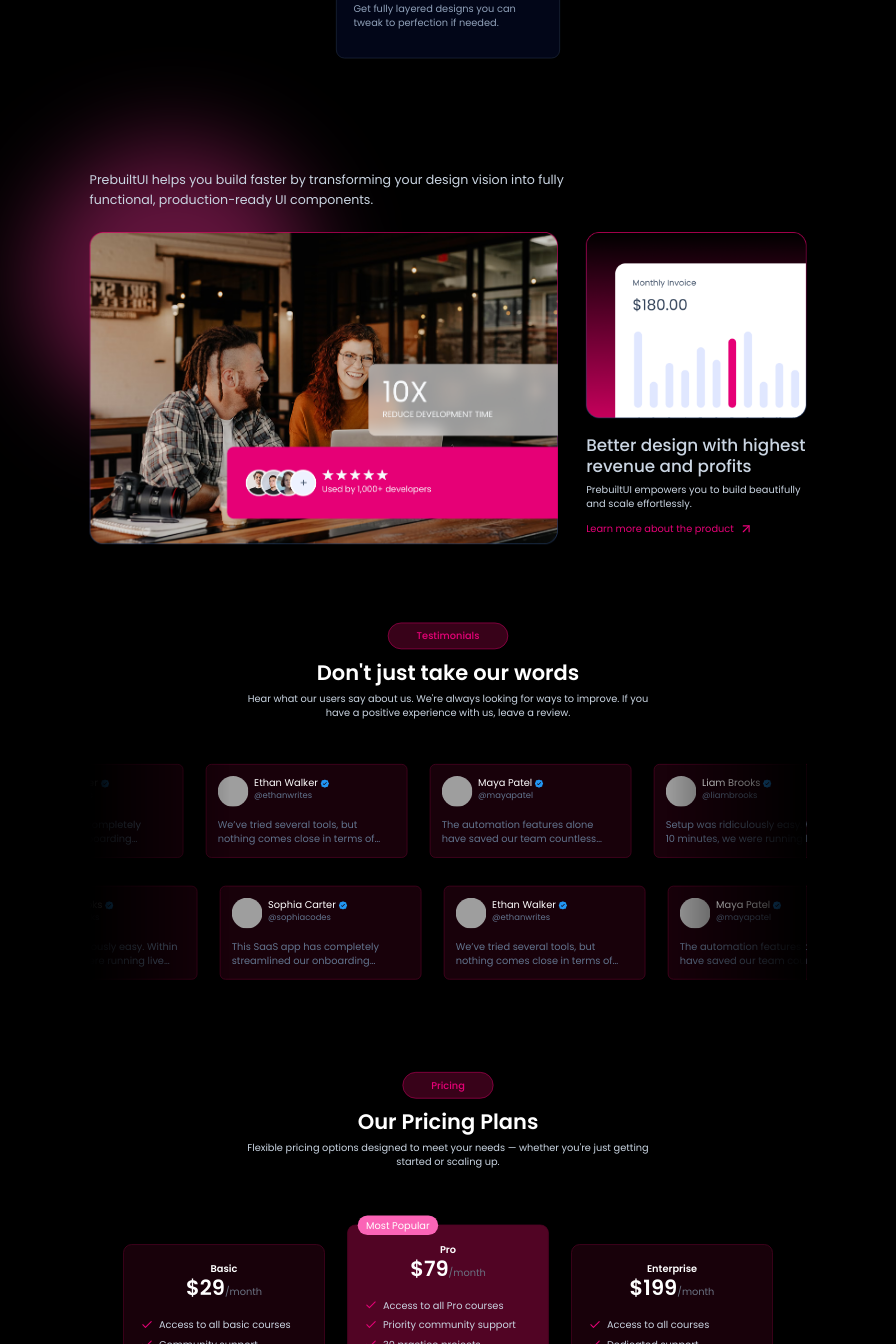
Repository: abhiraj33181/Thumblify
Page: / (app in client/)
These files come from the project's save history. The page is drawn as it stood at one moment and after the next save; the edit follows.
The browser window is 1280 px wide. The pictures show the part of the page from y = 1848 to 3768 px (the page is 5450 px tall before and 5422 px after), at 70% of full size.
Pictures or frames that could not be fetched are drawn as grey boxes. The project was rebuilt for these pictures with package versions that can differ from the ones it lists, and the page was loaded fresh each time. Also part of the build but not shown: client/vite.config.ts.

Above is the page before, as saved 2026-01-08 09:40:37.

### client/index.html
<!doctype html>
<html lang="en">

<head>
    <meta charset="UTF-8" />
    <link rel="icon" href="/favicon.svg" type="image/x-icon" />
    <meta name="viewport" content="width=device-width, initial-scale=1.0" />
    <title>Thumblify - AI Thumbnail Generator</title>
</head>

<body>
    <div id="root"></div>
    <script type="module" src="/src/main.jsx"></script>
</body>

</html>

### client/src/main.tsx
import { createRoot } from 'react-dom/client'
import App from './App.js'
import { BrowserRouter } from 'react-router-dom'

createRoot(document.getElementById('root')!).render(
    <BrowserRouter>
        <App />
    </BrowserRouter>,
)

### client/src/App.tsx
import { Route, Routes } from "react-router-dom";
import HomePage from "./pages/HomePage";
import Navbar from "./components/Navbar";
import Footer from "./components/Footer";
import "./globals.css";
import LenisScroll from "./components/LenisScroll";

export default function App() {
    return (
        <>
            <LenisScroll />
            <Navbar />
            <Routes>
                <Route path="/" element={<HomePage />} />
            </Routes>
            <Footer />
        </>
    );
}

### client/src/pages/HomePage.tsx
import HeroSection from "../sections/HeroSection";
import FeaturesSection from "../sections/FeaturesSection";
import TestimonialSection from "../sections/TestimonialSection";
import PricingSection from "../sections/PricingSection";
import ContactSection from "../sections/ContactSection";
import CTASection from "../sections/CTASection";

export default function HomePage() {
    return (
        <>
            <HeroSection />
            <FeaturesSection />
            <TestimonialSection />
            <PricingSection />
            <ContactSection />
            <CTASection />
        </>
    );
}

### client/src/globals.css
@import url('https://fonts.googleapis.com/css2?family=Poppins:ital,wght@0,100;0,200;0,300;0,400;0,500;0,600;0,700;0,800;0,900;1,100;1,200;1,300;1,400;1,500;1,600;1,700;1,800;1,900&display=swap');
@import "tailwindcss";

@theme {
    --font-poppins: "Poppins", sans-serif;
}

body {
    @apply bg-black text-white text-sm antialiased font-poppins;
}

body::selection {
    @apply bg-pink-600 text-white;
}

button {
    @apply cursor-pointer;
}

.move-gradient {
    background-image: linear-gradient(to right, var(--color-pink-500), var(--color-pink-300));
    background-size: 200% 100%;
    animation: movegradient 5s infinite;
}

@keyframes movegradient {
    0% {
        background-position: 0% 50%;
    }
    50% {
        background-position: 100% 50%;
    }
    100% {
        background-position: 0% 50%;
    }
}

### client/src/components/LenisScroll.tsx
import { useEffect } from "react";
import Lenis from "lenis";

export default function LenisScroll() {
    useEffect(() => {
        const lenis = new Lenis({
            duration: 1.2,
            smoothWheel: true,
            anchors: {
                offset: -100,
            },
        });

        const raf = (time: number) => {
            lenis.raf(time);
            requestAnimationFrame(raf);
        };

        requestAnimationFrame(raf);

        return () => {
            lenis.destroy();
        };
    }, []);

    return null;
}

### client/src/sections/FeaturesSection.tsx
'use client'
import SectionTitle from "../components/SectionTitle";
import { ArrowUpRight } from "lucide-react";
import { motion } from "motion/react";
import { featuresData } from "../data/features";
import type { IFeature } from "../types";

export default function FeaturesSection() {
    return (
        <div id="features" className="px-4 md:px-16 lg:px-24 xl:px-32">
            <SectionTitle text1="Features" text2="Whyy use our generator?" text3="Create stunning thumbnails that get clicks, without the hassle." />
            <div className="flex flex-wrap items-center justify-center gap-6 md:gap-4 mt-16 px-6">
                {featuresData.map((feature: IFeature, index: number) => (
                    <motion.div key={index} className={`${index === 1 ? 'p-px rounded-[13px] bg-linear-to-br from-pink-600 to-slate-800' : ''}`}
                        initial={{ y: 150, opacity: 0 }}
                        whileInView={{ y: 0, opacity: 1 }}
                        viewport={{ once: true }}
                        transition={{ delay: index * 0.15, type: "spring", stiffness: 320, damping: 70, mass: 1 }}
                    >
                        <div className="p-6 rounded-xl space-y-4 border border-slate-800 bg-slate-950 max-w-80 w-full">
                            <img src={feature.icon} alt={feature.title} />
                            <h3 className="text-base font-medium text-white">
                                {feature.title}
                            </h3>
                            <p className="text-slate-400 line-clamp-2 pb-4">
                                {feature.description}
                            </p>
                        </div>
                    </motion.div>
                ))}
            </div>
            <div className="mt-40 relative mx-auto max-w-5xl">
                <div className="absolute -z-50 size-100 -top-10 -left-20 aspect-square rounded-full bg-pink-500/40 blur-3xl"></div>
                <motion.p className="text-slate-300 text-lg text-left max-w-3xl"
                    initial={{ y: 150, opacity: 0 }}
                    whileInView={{ y: 0, opacity: 1 }}
                    viewport={{ once: true }}
                    transition={{ type: "spring", stiffness: 320, damping: 70, mass: 1 }}
                >
                    PrebuiltUI helps you build faster by transforming your design vision into fully functional, production-ready UI components.
                </motion.p>
                <div className="grid grid-cols-1 md:grid-cols-3 mt-8 gap-10">
                    <motion.div className="md:col-span-2"
                        initial={{ y: 150, opacity: 0 }}
                        whileInView={{ y: 0, opacity: 1 }}
                        viewport={{ once: true }}
                        transition={{ type: "spring", stiffness: 240, damping: 70, mass: 1 }}
                    >
                        <img className="h-full w-auto" src="/assets/features-showcase-1.png" alt="features showcase" width={1000} height={500} />
                    </motion.div>
                    <motion.div className="md:col-span-1"
                        initial={{ y: 150, opacity: 0 }}
                        whileInView={{ y: 0, opacity: 1 }}
                        viewport={{ once: true }}
                        transition={{ delay: 0.15, type: "spring", stiffness: 320, damping: 70, mass: 1 }}
                    >
                        <img src="/assets/features-showcase-2.png" alt="features showcase" width={1000} height={500} className="hover:-translate-y-0.5 transition duration-300" />
                        <h3 className="text-[24px]/7.5 text-slate-300 font-medium mt-6">Better design with highest revenue and profits </h3>
                        <p className="text-slate-300 mt-2">PrebuiltUI empowers you to build beautifully and scale effortlessly.</p>
                        <a href="https://prebuiltui.com" className="group flex items-center gap-2 mt-4 text-pink-600 hover:text-pink-700 transition">
                            Learn more about the product
                            <ArrowUpRight className="size-5 group-hover:translate-x-0.5 transition duration-300" />
                        </a>
                    </motion.div>
                </div>
            </div>
        </div>
    );
}

### client/src/sections/TestimonialSection.tsx
import SectionTitle from "../components/SectionTitle";
import TestimonialCard from "../components/TestimonialCard";
import { testimonialsData } from "../data/testimonial";
import type { ITestimonial } from "../types";
import Marquee from "react-fast-marquee";

export default function TestimonialSection() {
    return (
        <div id="testimonials" className="px-4 md:px-16 lg:px-24 xl:px-32">
            <SectionTitle text1="Testimonials" text2="Don't just take our words" text3="Hear what our users say about us. We're always looking for ways to improve. If you have a positive experience with us, leave a review." />

            <Marquee className="max-w-5xl mx-auto mt-11" gradient={true} speed={25} gradientColor="#000">
                <div className="flex items-center justify-center py-5 overflow-hidden">
                    {[...testimonialsData, ...testimonialsData].map((testimonial: ITestimonial, index: number) => (
                        <TestimonialCard key={index} index={index} testimonial={testimonial} />
                    ))}
                </div>
            </Marquee>
            <Marquee className="max-w-5xl mx-auto" gradient={true} speed={25} direction="right" gradientColor="#000">
                <div className="flex items-center justify-center py-5 overflow-hidden">
                    {[...testimonialsData, ...testimonialsData].map((testimonial: ITestimonial, index: number) => (
                        <TestimonialCard key={index} index={index} testimonial={testimonial} />
                    ))}
                </div>
            </Marquee>

        </div>
    );
}

### client/src/sections/PricingSection.tsx
'use client'
import SectionTitle from "../components/SectionTitle"
import { pricingData } from "../data/pricing";
import type { IPricing } from "../types";
import { CheckIcon } from "lucide-react";
import { motion } from "motion/react";

export default function PricingSection() {
    return (
        <div id="pricing" className="px-4 md:px-16 lg:px-24 xl:px-32">
            <SectionTitle text1="Pricing" text2="Our Pricing Plans" text3="Flexible pricing options designed to meet your needs — whether you're just getting started or scaling up." />

            <div className="flex flex-wrap items-center justify-center gap-8 mt-20">
                {pricingData.map((plan: IPricing, index: number) => (
                    <motion.div key={index} className={`w-72 text-center border border-pink-950 p-6 pb-16 rounded-xl ${plan.mostPopular ? 'bg-pink-950 relative' : 'bg-pink-950/30'}`}
                        initial={{ y: 150, opacity: 0 }}
                        whileInView={{ y: 0, opacity: 1 }}
                        viewport={{ once: true }}
                        transition={{ delay: index * 0.15, type: "spring", stiffness: 320, damping: 70, mass: 1 }}
                    >
                        {plan.mostPopular && (
                            <p className="absolute px-3 text-sm -top-3.5 left-3.5 py-1 bg-pink-400 rounded-full">Most Popular</p>
                        )}
                        <p className="font-semibold">{plan.name}</p>
                        <h1 className="text-3xl font-semibold">${plan.price}<span className="text-gray-500 font-normal text-sm">/{plan.period}</span></h1>
                        <ul className="list-none text-slate-300 mt-6 space-y-2">
                            {plan.features.map((feature, index) => (
                                <li key={index} className="flex items-center gap-2">
                                    <CheckIcon className="size-4.5 text-pink-600" />
                                    <p>{feature}</p>
                                </li>
                            ))}
                        </ul>
                        <button type="button" className={`w-full py-2.5 rounded-md font-medium mt-7 transition-all ${plan.mostPopular ? 'bg-white text-pink-600 hover:bg-slate-200' : 'bg-pink-500 hover:bg-pink-600'}`}>
                            Get Started
                        </button>
                    </motion.div>
                ))}
            </div>
        </div>
    );
}

### client/src/sections/CTASection.tsx
'use client'
import { motion } from "motion/react";

export default function CTASection() {
    return (
        <motion.div className="max-w-5xl py-16 mt-40 md:pl-20 md:w-full max-md:mx-4 md:mx-auto flex flex-col md:flex-row max-md:gap-6 items-center justify-between text-left bg-linear-to-b from-pink-900 to-pink-950 rounded-2xl p-6 text-white"
            initial={{ y: 150, opacity: 0 }}
            whileInView={{ y: 0, opacity: 1 }}
            viewport={{ once: true }}
            transition={{ type: "spring", stiffness: 320, damping: 70, mass: 1 }}
        >
            <div>
                <motion.h1 className="text-4xl md:text-[46px] md:leading-15 font-semibold bg-linear-to-r from-white to-pink-400 text-transparent bg-clip-text"
                    initial={{ y: 80, opacity: 0 }}
                    whileInView={{ y: 0, opacity: 1 }}
                    viewport={{ once: true }}
                    transition={{ type: "spring", stiffness: 280, damping: 70, mass: 1 }}
                >
                    Ready to try-out this app?
                </motion.h1>
                <motion.p className="bg-linear-to-r from-white to-pink-400 text-transparent bg-clip-text text-lg"
                    initial={{ y: 80, opacity: 0 }}
                    whileInView={{ y: 0, opacity: 1 }}
                    viewport={{ once: true }}
                    transition={{ type: "spring", stiffness: 200, damping: 70, mass: 1 }}
                >
                    Your next favourite tool is just one click away.
                </motion.p>
            </div>
            <motion.button className="px-12 py-3 text-slate-800 bg-white hover:bg-slate-200 rounded-full text-sm mt-4"
                initial={{ y: 80, opacity: 0 }}
                whileInView={{ y: 0, opacity: 1 }}
                viewport={{ once: true }}
                transition={{ type: "spring", stiffness: 280, damping: 70, mass: 1 }}
            >
                Get Started
            </motion.button>
        </motion.div>
    );
}

### client/src/data/footer.ts
import type { IFooter } from "../types";

export const footerData: IFooter[] = [
    {
        title: "Product",
        links: [
            { name: "Home", href: "#" },
            { name: "Support", href: "#support" },
            { name: "Pricing", href: "#pricing" },
            { name: "Affiliate", href: "#affiliate" },
        ]
    },
    {
        title: "Resources",
        links: [
            { name: "Company", href: "#company" },
            { name: "Blogs", href: "#blogs" },
            { name: "Community", href: "#community" },
            { name: "Careers", href: "#careers" },
            { name: "About", href: "#about" },
        ]
    },
    {
        title: "Legal",
        links: [
            { name: "Privacy", href: "#privacy" },
            { name: "Terms", href: "#terms" },
        ]
    }
];

### client/src/components/TiltImage.tsx
import { useRef, useState } from 'react';
import { motion, useMotionValue, useSpring } from 'motion/react';

const springValues = {
    damping: 30,
    stiffness: 100,
    mass: 2
};

export default function TiltedImage({ rotateAmplitude = 3, }) {
    const ref = useRef<HTMLDivElement>(null);
    const x = useMotionValue(0);
    const y = useMotionValue(0);
    const rotateX = useSpring(useMotionValue(0), springValues);
    const rotateY = useSpring(useMotionValue(0), springValues);
    const rotateFigcaption = useSpring(0, { stiffness: 350, damping: 30, mass: 1 });

    const [lastY, setLastY] = useState(0);

    function handleMouse(e: any) {
        if (!ref.current) return;

        const rect = ref.current.getBoundingClientRect();
        const offsetX = e.clientX - rect.left - rect.width / 2;
        const offsetY = e.clientY - rect.top - rect.height / 2;

        const rotationX = (offsetY / (rect.height / 2)) * -rotateAmplitude;
        const rotationY = (offsetX / (rect.width / 2)) * rotateAmplitude;

        rotateX.set(rotationX);
        rotateY.set(rotationY);

        x.set(e.clientX - rect.left);
        y.set(e.clientY - rect.top);

        const velocityY = offsetY - lastY;
        rotateFigcaption.set(-velocityY * 0.6);
        setLastY(offsetY);
    }

    function handleMouseLeave() {
        rotateX.set(0);
        rotateY.set(0);
        rotateFigcaption.set(0);
    }

    return (
        <motion.figure ref={ref} className="relative w-full h-full perspective-midrange mt-16 max-w-4xl mx-auto flex flex-col items-center justify-center" onMouseMove={handleMouse} onMouseLeave={handleMouseLeave}
            initial={{ y: 150, opacity: 0 }}
            whileInView={{ y: 0, opacity: 1 }}
            viewport={{ once: true }}
            transition={{ type: "spring", stiffness: 320, damping: 70, mass: 1 }}
        >
            <motion.div className="relative transform-3d w-full max-w-4xl" style={{ rotateX, rotateY }} >
                <motion.img src="/hero_img.png"
                    className="borderb bg-linear-180 from-pink-500 to transparent p-1 w-full rounded-[15px] will-change-transform transform-[translateZ(0)]"
                    alt="hero section showcase"
                />
            </motion.div>
        </motion.figure>
    );
}

### client/src/components/SectionTitle.tsx
import type { SectionTitleProps } from "../types";
import { motion } from "motion/react";

export default function SectionTitle({ text1, text2, text3 }: SectionTitleProps) {
    return (
        <>
            <motion.p className="text-center font-medium text-pink-600 mt-28 px-10 py-2 rounded-full bg-pink-950/70 border border-pink-800 w-max mx-auto"
                initial={{ y: 120, opacity: 0 }}
                whileInView={{ y: 0, opacity: 1 }}
                viewport={{ once: true }}
                transition={{ type: "spring", stiffness: 320, damping: 70, mass: 1 }}
            >
                {text1}
            </motion.p>
            <motion.h3 className="text-3xl font-semibold text-center mx-auto mt-4"
                initial={{ y: 120, opacity: 0 }}
                whileInView={{ y: 0, opacity: 1 }}
                viewport={{ once: true }}
                transition={{ type: "spring", stiffness: 280, damping: 70, mass: 1 }}
            >
                {text2}
            </motion.h3>
            <motion.p className="text-slate-300 text-center mt-2 max-w-xl mx-auto"
                initial={{ y: 120, opacity: 0 }}
                whileInView={{ y: 0, opacity: 1 }}
                viewport={{ once: true }}
                transition={{ type: "spring", stiffness: 240, damping: 70, mass: 1 }}
            >
                {text3}
            </motion.p>
        </>
    );
}

### client/src/data/features.tsx
import type { IFeature } from "../types";

export const featuresData: IFeature[] = [
    {
        icon: "/assets/zap-icon.svg",
        title: "Smart Analysis",
        description: "Our AI analyzes video content to suggest the most clickable concepts.",
    },
    {
        icon: "/assets/thumb-icon.svg",
        title: "Eye-Catching Designs",
        description: "Generate vibrant, high-contrast thumbnails that stand out in the feed.",
    },
    {
        icon: "/assets/shape-icon.svg",
        title: "Fully Editable",
        description: "Get fully layered designs you can tweak to perfection if needed.",
    },
];

### client/src/data/testimonial.ts
import type { ITestimonial } from "../types";

export const testimonialsData: ITestimonial[] = [
    {
        image: 'https://images.unsplash.com/photo-1633332755192-727a05c4013d?q=80&w=200',
        name: 'Sophia Carter',
        handle: '@sophiacodes',
        date: 'February 14, 2025',
        quote: 'This SaaS app has completely streamlined our onboarding process. What used to take hours now takes minutes!',
    },
    {
        image: 'https://images.unsplash.com/photo-1535713875002-d1d0cf377fde?q=80&w=200',
        name: 'Ethan Walker',
        handle: '@ethanwrites',
        date: 'March 3, 2025',
        quote: 'We’ve tried several tools, but nothing comes close in terms of speed and simplicity. Absolute game-changer.',
    },
    {
        image: 'https://images.unsplash.com/photo-1527980965255-d3b416303d12?w=200&auto=format&fit=crop&q=60',
        name: 'Maya Patel',
        handle: '@mayapatel',
        date: 'April 22, 2025',
        quote: 'The automation features alone have saved our team countless hours every week. Worth every penny.',
    },
    {
        image: 'https://images.unsplash.com/photo-1522075469751-3a6694fb2f61?w=200&auto=format&fit=crop&q=60',
        name: 'Liam Brooks',
        handle: '@liambrooks',
        date: 'May 18, 2025',
        quote: 'Setup was ridiculously easy. Within 10 minutes, we were running live and onboarding our first customers.',
    },
];

### client/src/data/pricing.ts
import type { IPricing } from "../types";

export const pricingData: IPricing[] = [
    {
        name: "Basic",
        price: 29,
        period: "month",
        features: [
            "Access to all basic courses",
            "Community support",
            "10 practice projects",
            "Course completion certificate",
            "Basic code review"
        ],
        mostPopular: false
    },
    {
        name: "Pro",
        price: 79,
        period: "month",
        features: [
            "Access to all Pro courses",
            "Priority community support",
            "30 practice projects",
            "Course completion certificate",
            "Advance code review",
            "1-on-1 mentoring sessions",
            "Job assistance"
        ],
        mostPopular: true
    },
    {
        name: "Enterprise",
        price: 199,
        period: "month",
        features: [
            "Access to all courses",
            "Dedicated support",
            "Unlimited projects",
            "Course completion certificate",
            "Premium code review"
        ],
        mostPopular: false
    }
];

Loaded but not shown: client/src/sections/HeroSection.tsx (79 lines, source omitted); client/src/components/Footer.tsx (59 lines, source omitted); client/src/sections/ContactSection.tsx (59 lines, source omitted); client/src/components/Navbar.tsx (52 lines, source omitted); client/src/components/TestimonialCard.tsx (29 lines, source omitted)

After the next save:
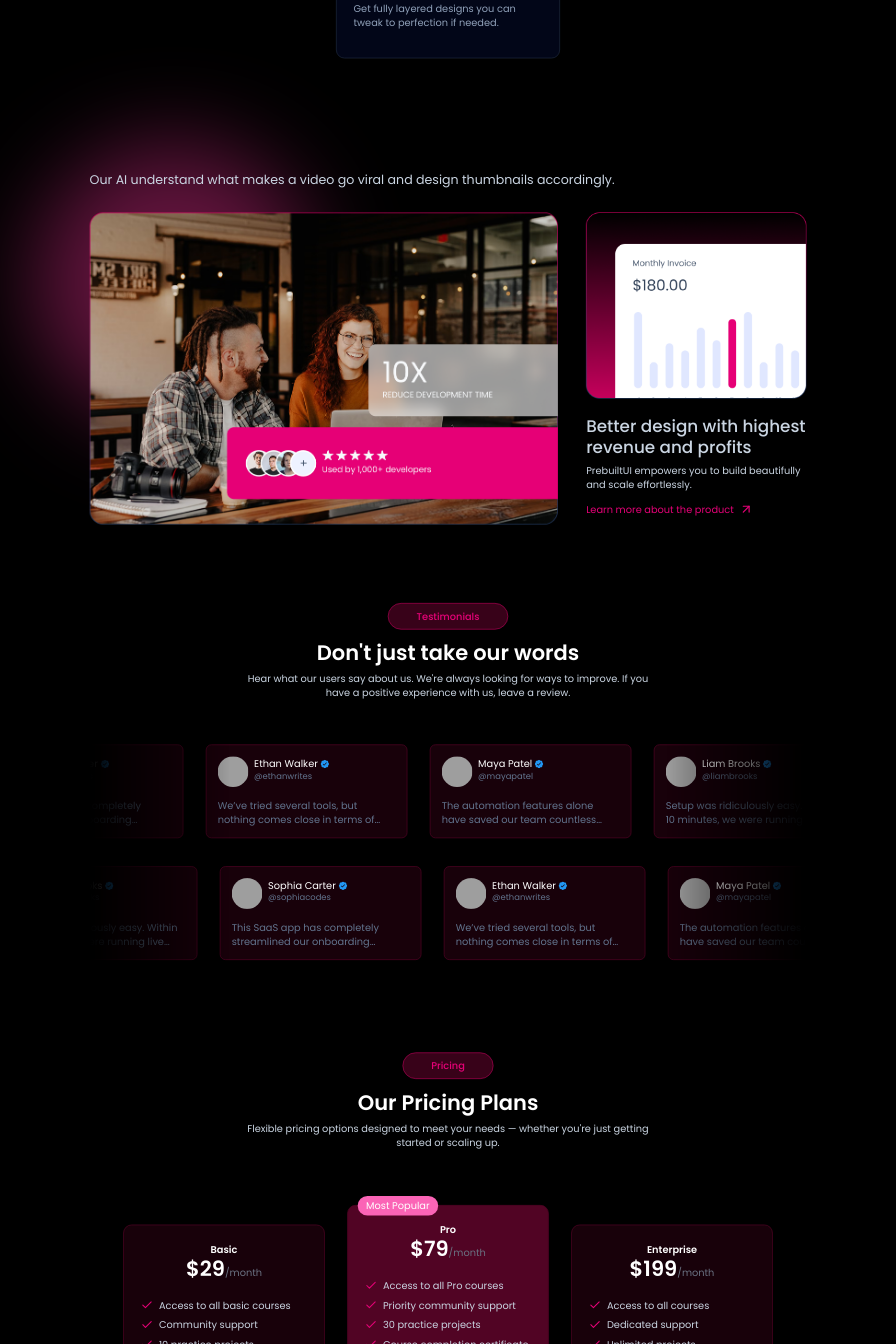
Saved 54 s later.
--- a/client/src/sections/FeaturesSection.tsx
+++ b/client/src/sections/FeaturesSection.tsx
@@ -37,7 +37,7 @@
                     viewport={{ once: true }}
                     transition={{ type: "spring", stiffness: 320, damping: 70, mass: 1 }}
                 >
-                    PrebuiltUI helps you build faster by transforming your design vision into fully functional, production-ready UI components.
+                    Our AI understand what makes a video go viral and design thumbnails accordingly.
                 </motion.p>
                 <div className="grid grid-cols-1 md:grid-cols-3 mt-8 gap-10">
                     <motion.div className="md:col-span-2"
